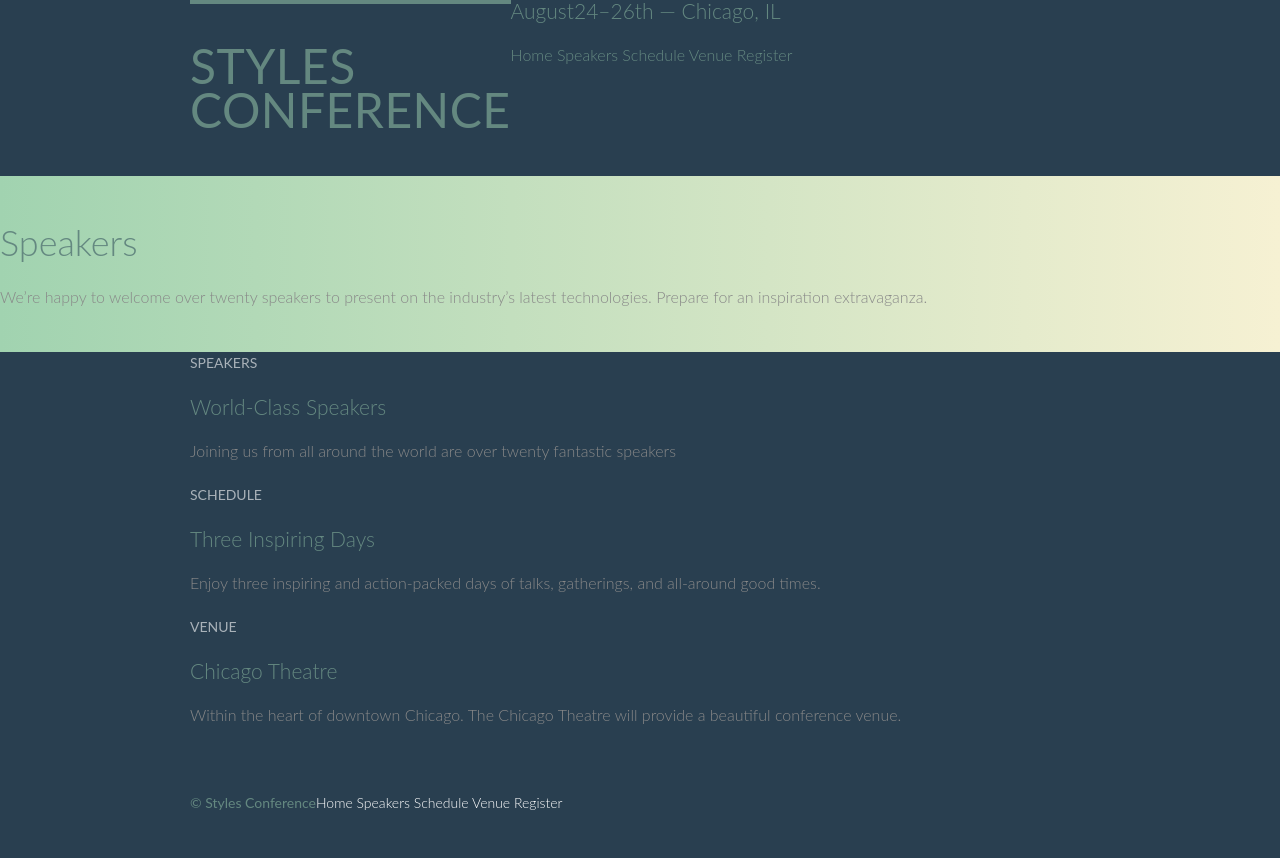
Repository: igorkovski/styles-conference
Page: speakers.html
The author's editor kept a record of every edit. The page is drawn from the files as they stood at one moment, then again after the next edit.
The browser window is 1280 px wide. The pictures show the whole page.

Above is the page before.

### speakers.html
<!DOCTYPE html>
<html lang="en">
	<head>
		<meta charset="utf-8">
		<title>Styles Conference</title>
		<link rel="stylesheet" href="assets/stylesheets/main.css">

	</head>

	<body>
		<header class="container group">
			<h1 class="logo">
			  <a href="index.html">Styles <br> Conference</a>
			</h1>
			  <h3>August24&ndash;26th &mdash; Chicago, IL
			</h3>

			<nav>
			  <a href="index.html">Home</a>
			  <a href="speakers.html">Speakers</a>
			  <a href="schedule.html">Schedule</a>
			  <a href="venue.html">Venue</a>
			  <a href="register.html">Register</a>
			</nav>

		</header>

		<!--Being Awesome -->

		<section class="row-alt">
		  <div class="lead conatiner">

			<h1>Speakers</h1>

			<p>We&#8217;re happy to welcome over twenty speakers to present on the industry&#8217;s latest technologies. Prepare for an inspiration extravaganza.</p>
		  </div>
		</section>

		<section>

			<section class="container">
			  <a href="speakers.html">
			  	<h5>Speakers</h5>
				<h3>World-Class Speakers</h3>
			  </a>
				<p>Joining us from all around the world are over twenty fantastic speakers</p>
			</section>

			<section class="container">
				<a href="schedule.html">
					<h5>Schedule</h5>
					<h3>Three Inspiring Days</h3>
				</a>
				<p>Enjoy three inspiring and action-packed days of talks, gatherings, and all-around good times.</p>
			</section>

			<section class="container">
			  <a href="venue.html">
			    <h5>Venue</h5>
			    <h3>Chicago Theatre</h3>
			  </a>
			    <p>
			   	Within the heart of downtown Chicago. The Chicago Theatre will provide a beautiful conference venue.
			    </p>
			</section>

		</section>

		<!--Footer -->

		<footer class="primary-footer container group">

			<small>&copy; Styles Conference</small>

			<nav>
				<a href="index.html">Home</a>
				<a href="speakers.html">Speakers</a>
				<a href="schedule.html">Schedule</a>
				<a href="venue.html">Venue</a>
				<a href="register.html">Register</a>
			</nav>

		</footer>
	</body>
</html>

### assets/stylesheets/main.css
/* http://meyerweb.com/eric/tools/css/reset/
   v2.0 | 20110126
   License: none (public domain)
*/

html, body, div, span, applet, object, iframe,
h1, h2, h3, h4, h5, h6, p, blockquote, pre,
a, abbr, acronym, address, big, cite, code,
del, dfn, em, img, ins, kbd, q, s, samp,
small, strike, strong, sub, sup, tt, var,
b, u, i, center,
dl, dt, dd, ol, ul, li,
fieldset, form, label, legend,
table, caption, tbody, tfoot, thead, tr, th, td,
article, aside, canvas, details, embed,
figure, figcaption, footer, header, hgroup,
menu, nav, output, ruby, section, summary,
time, mark, audio, video {
  margin: 0;
  padding: 0;
  border: 0;
  font-size: 100%;
  font: inherit;
  vertical-align: baseline;
}
/* HTML5 display-role reset for older browsers */
article, aside, details, figcaption, figure,
footer, header, hgroup, menu, nav, section {
  display: block;
}
body {
  line-height: 1;
}
ol, ul {
  list-style: none;
}
blockquote, q {
  quotes: none;
}
blockquote:before, blockquote:after,
q:before, q:after {
  content: '';
  content: none;
}
table {
  border-collapse: collapse;
  border-spacing: 0;
}

/* Custom styles */

body {
  background: #293f50;
  color: #888;
  font: 300 16px/22px "Lato", "Open Sans", "Helvetica Neue", Helvetica, Arial, sans-serif;
}

/*
Grid
*/

*,
*:before,
*:after {
  -webkit-box-sizing: border-box;
     -moz-box-sizing: border-box;
          box-sizing: border-box;
}

.container,
.grid {
  margin: 0 auto;
  width: 960px;
}

.container {
  padding-left: 30px;
  padding-right: 30px;
}

.grid,
.col-1-3,
.col-2-3 {
  padding-left: 15px;
  padding-right: 15px;
}
.col-1-3,
.col-2-3 {
  display: inline-block;
  vertical-align: top;
}
.col-1-3 {
  width: 33.33%;
}
.col-2-3 {
  width: 66.66%;
}

/*  Clearfix  */

.group:before,
.group:after {
  content: "";
  display: table;
}
.group:after {
  clear: both;
}
.group {
  clear: both;
  *zoom: 1;
}

/* Rows */

.row,
.row-alt {
  min-width: 960px;
}

.row {
  background: #fff;
  padding: 60px 0 44px 0;
}

.row-alt {
  background: #cbe2c1;
  background: -webkit-linear-gradient(to right, #a1d3b0, #f6f1d3);
  background: -moz-linear-gradient(to right, #a1d3b0, #f6f1d3);
  background: linear-gradient(to right, #a1d3b0, #f6f1d3);
  padding: 44px 0 22px 0;
}

/* Typography */

h1, h2, h3, h4 {
  color: #648880;
}
h1, h3, h4, h5, p {
  margin-bottom: 22px;
}
h1 {
  font-size: 36px;
  line-height: 44px;
}
h2 {
  font-size: 24px;
  line-height: 44px;
}
h3 {
  font-size: 21px;
}
h4 {
  font-size: 18px;
}
h5 {
  color: #a9b2b9;
  font-size: 14px;
  font-weight: 400;
  text-transform: uppercase;
}
strong {
  font-weight: 400;
}
cite,
em {
  font-style: italic;
}

/*  Links  */

a {
  color: #648880;
  text-decoration: none;
}
a:hover {
  color: #a9b2b9;
}
p a {
  border-bottom: 1px solid #dfe2e5;
}

.primary-header a,
.primary-footer a {
  color: #fff;
}
.primary-header a:hover,
.primary-footer a:hover {
  color: #648880;
}


/* Buttons */

.btn {
  border-radius: 5px;
  color: #fff;
  cursor: pointer;
  display: inline-block;
  font-weight: 400;
  letter-spacing: .5px;
  margin: 0;
  text-transform: uppercase;
}

.btn-alt {
  border: 1px solid #fff;
  padding: 10px 30px;
}
.btn-alt:hover {
  background: #fff;
  color: #648880;
}

/* Primary Header */

.logo {
  border-top: 4px solid #648880;
  float: left;
  font-size: 48px;
  font-weight: 400;
  letter-spacing: .5px;
  line-height: 44px;
  padding: 40px 0 22px 0;
  text-transform: uppercase;
}

.tagline {
  margin: 66px 0 22px 0;
  text-align: right;
}
.primary-nav {
  font-size: 14px;
  font-weight: 400;
  letter-spacing: .5px;
  text-transform: uppercase;
}

/* Primary Footer */

.primary-footer {
  color: #648880;
  font-size: 14px;
  padding-bottom: 44px;
  padding-top: 44px;
}
.primary-footer small {
  float: left;
  font-weight: 400;
}

/* Navigation */

.nav {
  text-align: right;
}

/* Home */

.hero {
  color: #fff;
  line-height: 44px;
  padding: 22px 80px 66px 80px;
  text-align: center;

}
.hero h2 {
  font-size: 36px;
}
.hero p {
  font-size: 24px;
  font-weight: 100;
}
.teaser a:hover h3 {
  color: #a9b2b9;
}

After the next edit:
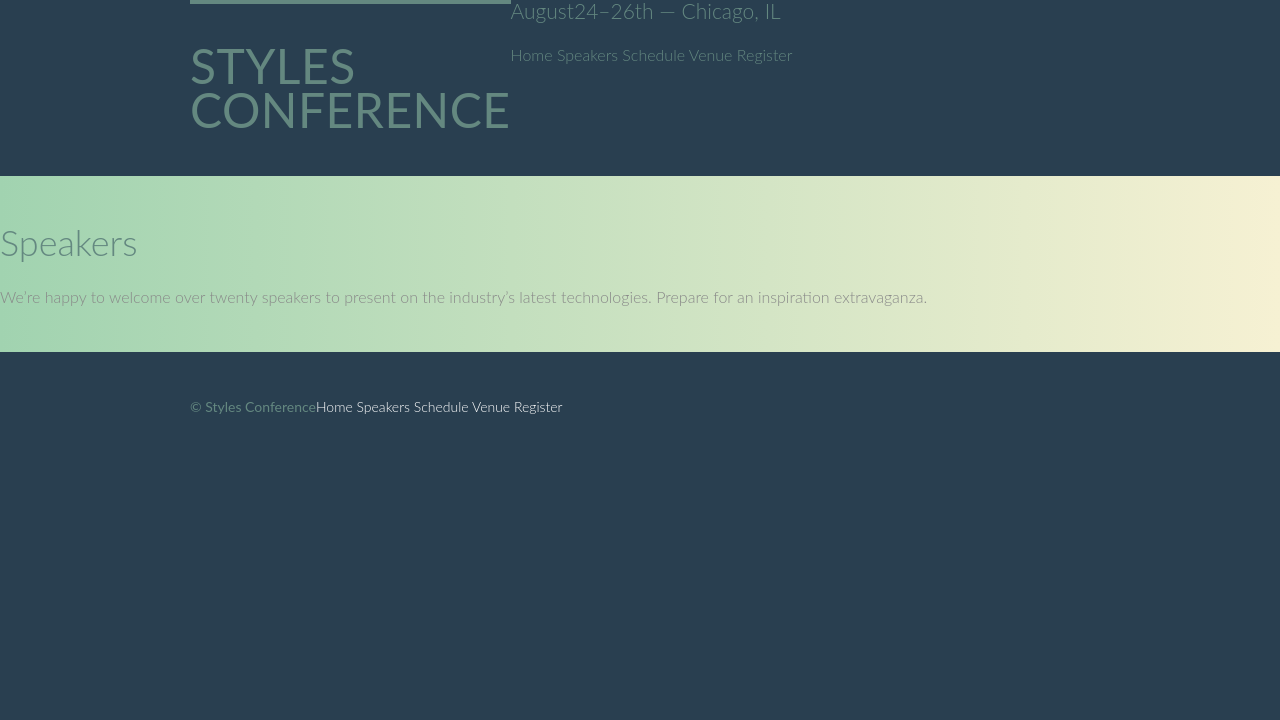
The edit:
--- a/speakers.html
+++ b/speakers.html
@@ -33,38 +33,11 @@
 			<h1>Speakers</h1>
 
 			<p>We&#8217;re happy to welcome over twenty speakers to present on the industry&#8217;s latest technologies. Prepare for an inspiration extravaganza.</p>
+
 		  </div>
+
 		</section>
 
-		<section>
-
-			<section class="container">
-			  <a href="speakers.html">
-			  	<h5>Speakers</h5>
-				<h3>World-Class Speakers</h3>
-			  </a>
-				<p>Joining us from all around the world are over twenty fantastic speakers</p>
-			</section>
-
-			<section class="container">
-				<a href="schedule.html">
-					<h5>Schedule</h5>
-					<h3>Three Inspiring Days</h3>
-				</a>
-				<p>Enjoy three inspiring and action-packed days of talks, gatherings, and all-around good times.</p>
-			</section>
-
-			<section class="container">
-			  <a href="venue.html">
-			    <h5>Venue</h5>
-			    <h3>Chicago Theatre</h3>
-			  </a>
-			    <p>
-			   	Within the heart of downtown Chicago. The Chicago Theatre will provide a beautiful conference venue.
-			    </p>
-			</section>
-
-		</section>
 
 		<!--Footer -->
 
